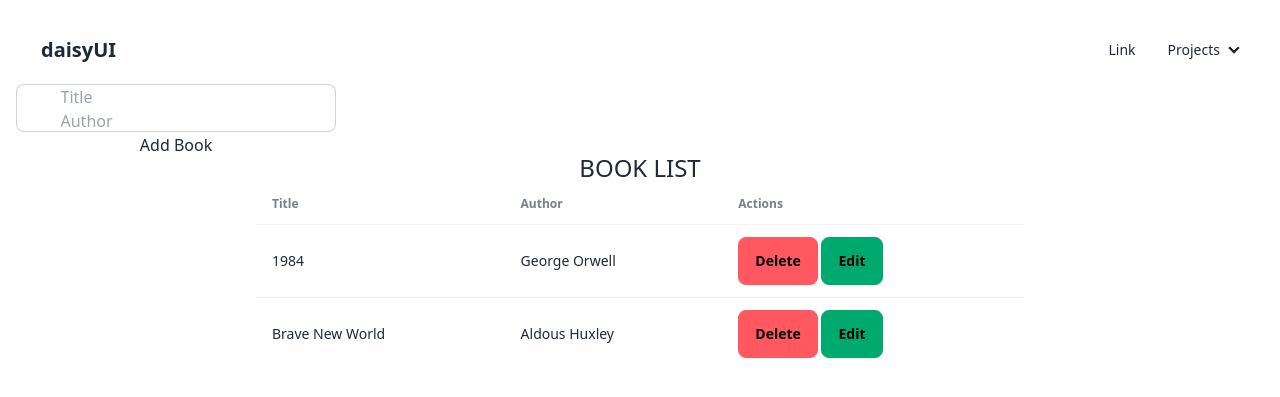
Repository: sibi24sibi/Crud-app-svelte
Page: /
These files come from the project's save history. The page is drawn as it stood at one moment and after the next save; the edit follows.
The browser window is 1280 px wide. The pictures show the whole page.
The project was rebuilt for these pictures with package versions that can differ from the ones it lists, and the page was loaded fresh each time. Also part of the build but not shown: svelte.config.js, vite.config.js.

Above is the page before, as saved 2024-06-30 19:04:55.

### index.html
<!doctype html>
<html lang="en" data-theme="light">
  <head>
    <meta charset="UTF-8" />
    <link rel="icon" type="image/svg+xml" href="/vite.svg" />
    <meta name="viewport" content="width=device-width, initial-scale=1.0" />
    <title>Vite + Svelte</title>
  </head>
  <body>
    <div id="app"></div>
    <script type="module" src="/src/main.js"></script>
  </body>
</html>

### src/App.svelte
<script>
  import Navbar from "./Components/Navbar.svelte";

  import AddBook from "./Components/AddBook.svelte";
  import BookList from "./Components/BookList.svelte";
</script>

<main>
  <Navbar />

  <AddBook />
  <BookList />
</main>

<style>
  main {
    text-align: center;
    padding: 1em;
    margin: 0 auto;
  }
</style>

### src/Components/Navbar.svelte
<script></script>

<body>
  <div class="navbar bg-base-100">
    <div class="flex-1">
      <a class="btn btn-ghost text-xl">daisyUI</a>
    </div>
    <div class="flex-none">
      <ul class="menu menu-horizontal px-1">
        <li><a>Link</a></li>
        <li>
          <details>
            <summary>Projects</summary>
            <ul class="bg-base-100 rounded-t-none p-2">
              <li><a>Video player</a></li>
              <li><a>data entry</a></li>
            </ul>
          </details>
        </li>
      </ul>
    </div>
  </div>
</body>

<style>
</style>

### src/Components/AddBook.svelte
<script>
  import { books } from "./BookStore.js";
  let title = "";
  let author = "";

  function addBook() {
    books.update((items) => [
      ...items,
      { id: items.length ? items[items.length - 1].id + 1 : 1, title, author },
    ]);
    title = "";
    author = "";
  }
</script>

<div class="input input-bordered w-full max-w-xs">
  <input placeholder="Title" bind:value={title} />
  <input placeholder="Author" bind:value={author} />
  <button on:click={addBook}>Add Book</button>
</div>

### src/Components/BookList.svelte
<script>
  import { books } from "./BookStore.js";
  let editableBook = null;

  function deleteBook(id) {
    books.update((items) => items.filter((item) => item.id !== id));
  }

  function editBook(book) {
    editableBook = { ...book };
  }

  function saveEdit() {
    books.update((items) =>
      items.map((item) => (item.id === editableBook.id ? editableBook : item))
    );
    editableBook = null;
  }
</script>

<div class="overflow-x-auto max-w-3xl mx-auto my-5">
  <h1 class="text-2xl uppercase">Book List</h1>
  <table class="table">
    <thead>
      <tr>
        <th>Title</th>
        <th>Author</th>
        <th>Actions</th>
      </tr>
    </thead>
    <tbody>
      {#each $books as book}
        <tr>
          {#if editableBook && editableBook.id === book.id}
            <td
              ><input
                class="input input-bordered"
                bind:value={editableBook.title}
              /></td
            >

            <td>
              <input
                class="input input-bordered"
                bind:value={editableBook.author}
              /></td
            >
            <td>
              <button class="btn btn-primary" on:click={saveEdit}>Save</button
              ></td
            >
          {:else}
            <td>{book.title} </td> <td> {book.author} </td>
            <td
              ><button
                class="btn btn-error"
                on:click={() => deleteBook(book.id)}>Delete</button
              >
              <button class="btn btn-success" on:click={() => editBook(book)}
                >Edit</button
              ></td
            >
          {/if}
        </tr>
      {/each}
    </tbody>
  </table>
</div>

### src/Components/BookStore.js
import { writable } from "svelte/store";

export const books = writable([
  { id: 1, title: "1984", author: "George Orwell" },
  { id: 2, title: "Brave New World", author: "Aldous Huxley" },
]);

### tailwind.config.js
/** @type {import('tailwindcss').Config} */
export default {
  content: ["./index.html", "./src/**/*.{svelte,js,ts,jsx,tsx}"],
  theme: {
    extend: {},
  },
  plugins: [require("daisyui")],
};

Loaded but not shown: src/main.js (common file); src/app.css (common file)

After the next save:
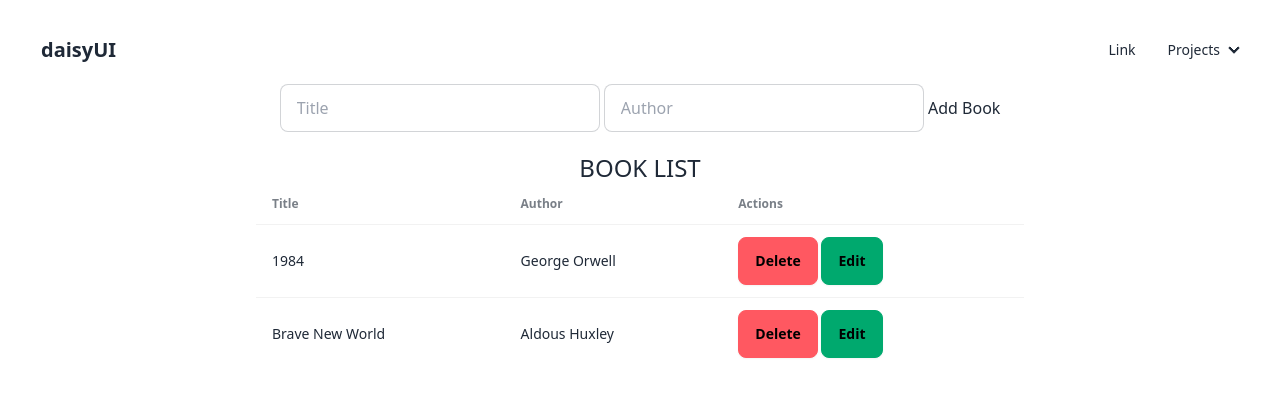
Saved 32 s later.
--- a/src/Components/AddBook.svelte
+++ b/src/Components/AddBook.svelte
@@ -13,8 +13,16 @@
   }
 </script>
 
-<div class="input input-bordered w-full max-w-xs">
-  <input placeholder="Title" bind:value={title} />
-  <input placeholder="Author" bind:value={author} />
+<div class="">
+  <input
+    placeholder="Title"
+    class="input input-bordered w-full max-w-xs"
+    bind:value={title}
+  />
+  <input
+    placeholder="Author"
+    class="input input-bordered w-full max-w-xs"
+    bind:value={author}
+  />
   <button on:click={addBook}>Add Book</button>
 </div>
